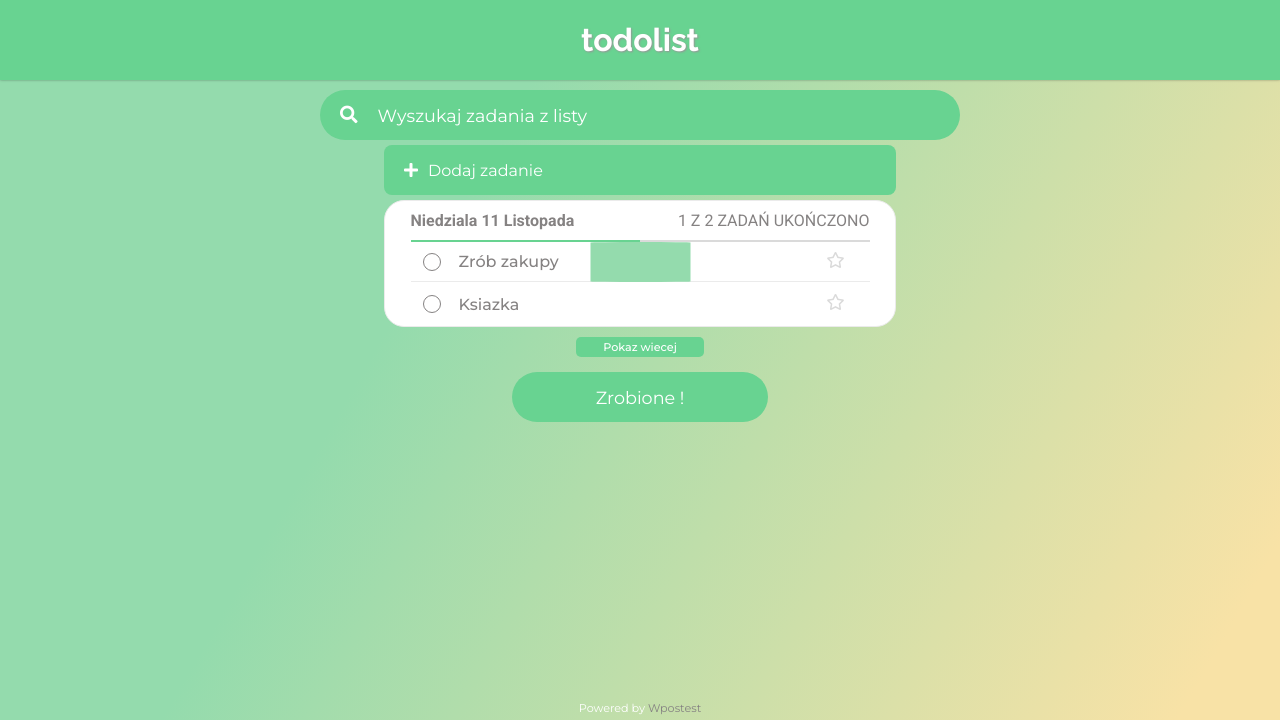
Repository: Wpostest/todolist
Page: src/index.html
An editor plug-in stored every save of this project. The page is shown before and after the next save, followed by the edit.
The browser window is 1280 px wide. The pictures show the whole page.
Some web libraries are served in a nearby version. The style sheet was rebuilt from its Sass, Less or Tailwind sources for each picture, by a compiler version that may differ from the author's.

Above is the page before, as saved 2020-01-29 15:58:06.

### src/index.html
<!DOCTYPE html>
<html lang="pl">
<head>
    <meta charset="UTF-8">
    <meta name="viewport" content="width=device-width, initial-scale=1.0">
    <meta http-equiv="X-UA-Compatible" content="ie=edge">
    <title>todolist</title>
    <link rel="stylesheet" href="css/app.css">
    <link href="https://fonts.googleapis.com/css?family=Lato:100,300,400,700|Montserrat:100,300,400,500,700|Open+Sans:300,400,700|Raleway:100,300,400,500,700|Roboto:100,300,400,500,700&display=swap" rel="stylesheet">
    <link rel="stylesheet" href="https://use.fontawesome.com/releases/v5.6.3/css/all.css" integrity="sha384-UHRtZLI+pbxtHCWp1t77Bi1L4ZtiqrqD80Kn4Z8NTSRyMA2Fd33n5dQ8lWUE00s/" crossorigin="anonymous">
</head>
<body>
    <header class="todolist__header">
        <h1 class="todolist__title">todolist</h1>
    </header>
    <section>
        <label class="todolist__search-wrapper" for="todolist__search">
            <i class="fas fa-search todolist__search-icon"></i>
            <input type="text" class="todolist__search" id="todolist__search" title="Szukaj" placeholder="Wyszukaj zadania z listy">
        </label>
        <label class="todolist__add-task-wrapper" for="todolist__add-task">
            <input type="text" class="todolist__add-task" id="todolist__add-task" title="Dodaj zadanie" placeholder="Dodaj zadanie">
            <i class="fas fa-plus todolist__add-task-icon"></i>
        </label>

        <ul class="todolist">
            <div class="todolist__information">
                <div class="todolist__current-time">Niedziala 11 Listopada</div>
                <div class="todolist__task-done-info">
                    <span class="todolist__count-done-task">1</span>
                    z
                    <span class="todolist__count-all-task">2</span>
                    zadań ukończono
                </div>
                <div class="todolist__line-done-percentage"></div>
            </div>
            <li class="todolist__task">
                <input type="checkbox" class="todolist__checkbox-done">
                <span>Zrób zakupy</span>
                <input type="checkbox" class="todolist__checkbox-star">
                <div class="checbox-done_background_animation"></div>
            </li>
            <li class="todolist__task">
                    <input type="checkbox" class="todolist__checkbox-done">
                    <span>Ksiazka</span>
                    <input type="checkbox" class="todolist__checkbox-star">
                </li>
            <!--<li>TEXT<input type="checkbox"><button>star-icon</button></li>-->
            <!--
                LISTA MA MIEC MAKSYMALNA WYSOKOSC PRZYCISK POKAZ WIECEJ MA USUWAC OGRANICZENIA WYSOKOSCI LUB WYSWIETLANYCH ELEMENTOW
                JEZELI UKONCZYSZ WSZYSTKIE ZADANIA MA POKAZAC SIE FAJNA ANIMACJA I ZNIKNAC PO KILKU SEKUNDACH
                CHECKBOX MA POKAZYWAC SIE Z LEWEJ STRONY
            -->
        </ul>
        <button class="todolist__show-more" title="Pokaż więcej zadań">Pokaz wiecej</button>
        <button class="todolist__done" title="Usuń skończone zadania z listy">Zrobione !</button>
    </section>
    <footer>
        <h6 class="todolist__copywrite">Powered by <a href="https://github.com/Wpostest/">Wpostest</a></h6>
    </footer>
    <script src="js/app.js"></script>
</body>
</html>

### src/sass/app.scss
@import 'reset';
@import 'variables';
@import 'components/checkboxes/checkbox_done.scss';
@import 'components/checkboxes/checkbox_star.scss';
@import 'todolist/todolist';

### src/sass/reset.scss
html, body, div, span, applet, object, iframe, h1, h2, h3, h4, h5, h6, p, blockquote, pre, a, abbr, acronym, address, big, cite, code, del, dfn, em, img, ins, kbd, q, s, samp, small, strike, strong, sub, sup, tt, var, b, u, i, center, dl, dt, dd, ol, ul, li, fieldset, form, label, legend, table, caption, tbody, tfoot, thead, tr, th, td, article, aside, canvas, details, embed, figure, figcaption, footer, header, hgroup, menu, nav, output, ruby, section, summary, time, mark, audio, video, input {
    margin: 0;
    padding: 0;
    border: 0;
    font-size: 100%;
    font: inherit;

    // Sposób wyliczania wysokości i szerokości elementu.
    // Szerokość elementu np 25% zawiera już paddingi oraz border.
    box-sizing: border-box;

    vertical-align: baseline; }

article, aside, details, figcaption, figure, footer, header, hgroup, menu, nav, section {
    display: block; }

a {
    text-decoration: none;
    outline: none;
}

button {
    outline: none;
}

ol, ul {
    list-style: none; }

blockquote, q {
    quotes: none; }

blockquote {
    &:before, &:after {
        content: '';
        content: none; } }

q {
    &:before, &:after {
        content: '';
        content: none; } }

table {
    border-collapse: collapse;
    border-spacing: 0; }

### src/sass/variables.scss
$background_primary: #68d391;
$background_secoundary: #94dbad;
$font-color_primary: #fff;
$font-color_secoundary: rgb(133, 130, 130);
$font-family_primary: 'Montserrat', sans-serif;
$font-family_secoundary: 'Roboto', sans-serif;
$font-size_xxl: 2rem;
$font-size_xl: 1.5rem;
$font-size_l: 1.1rem;
$font-size_m: 1rem;
$font-size_s: .9rem;
$font-size_xs: .7rem;
$font-size_xxs: .5rem;

### src/sass/components/checkboxes/checkbox_done.scss
.todolist__checkbox-done{
    position: relative;
    -webkit-appearance: none;
    display: inline-block;
    width: 18px;
    height: 18px;
    background-color: #fff;
    border-radius: 50%;
    border: 1px solid $font-color_secoundary;
    outline: none;
    margin-left: 12px;
    margin-right: 18px;
    cursor: pointer;

    &::after{
        position: absolute;
        width: 100%;
        height: 100%;
        top: 13px;
        left: 12px;
        transform: translate(-50%, -50%);
        color: $font-color_primary;
        font-family: "Font Awesome 5 Free";
        font-weight: 900;
        content: "\f00c";
        font-size: 10px;
        opacity: 0;
    }

    &:checked{
        border: none;
        background-color: $background_primary;

        &~ span{
            text-decoration: line-through;
        }

        & ~ .checbox-done_background_animation{
            opacity: 1;
            transform: scaleX(120%);
        }

        &::after{
            opacity: 1;
        }
    }
}

.checbox-done_background_animation{
    position: absolute;
    top: 0px;
    left: 50%;
    transform: translateX(-50%);
    height: inherit;
    width: 1px;
    transform: scaleX(100);
    background: $background_secoundary;
    border-radius: 20px;
    transition: transform .7s;
}

### src/sass/components/checkboxes/checkbox_star.scss
.todolist__checkbox-star{
    position: absolute;
    top: 50%;
    transform: translateY(-25%);
    right: 25px;
    width: 50px;
    height: 100%;
    -webkit-appearance: none;
    outline: none;
    text-align: right;

    &::after{
        font-family: "Font Awesome 5 Free";
        font-weight: 500;
        content: "\f005";
        position: absolute;
        top: 0;
        left: 0;
        width: 100%;
        height: 100%;
        font-size: 1rem;
        opacity: 1;
        visibility: visible;
        color: #dadada;
    }

    &::before{
        font-family: "Font Awesome 5 Free";
        font-weight: 900;
        content: "\f005";
        position: absolute;
        top: 0;
        left: 0;
        width: 100%;
        height: 100%;
        color: #fff;
        font-size: 1rem;
        opacity: 0;
        visibility: hidden;
        color: #ffe46b;
    }

    &:checked{
        &::after{
            opacity: 0;
            visibility: hidden;
        }

        &::before{
            opacity: 1;
            visibility: visible;
        }
    }
}

### src/sass/todolist/todolist.scss
body{
    background: rgb(148,219,173);
    background: linear-gradient(120deg, rgba(148,219,173,1) 34%, rgba(248,226,166,1) 94%);
    height: 100vh;
}

.todolist__header{
    width: 100%;
    height: 80px;
    background-color: $background_primary;
    box-shadow: 0px -1px 3px 0px rgba(0,0,0,0.75);
    margin-bottom: 10px;

    .todolist__title{
        color: $font-color_primary;
        font-size: 2rem;
        font-family: 'Raleway', sans-serif;
        font-weight: 600;
        text-align: center;
        text-shadow: 1px 1px 2px rgba(150, 150, 150, 1);
        line-height: 80px;
    }
}

section{
    display: flex;
    flex-direction: column;
    align-items: center;
}

.todolist__search-wrapper{
    background-color: $background_primary;
    width: 50%;
    height: 50px;
    border-radius: 50px;
    display: flex;
    flex-direction: row;
    justify-content: flex-start;
    align-items: center;
    margin-bottom: 5px;

    &:hover{
        //box-shadow: 0 1px 2px 0 rgba(32,33,36,0.28);
    }

    .todolist__search-icon{
        color: $font-color_primary;
        margin-left: 20px;
        font-size: $font-size_l;
    }

    .todolist__search{
        color: $font-color_primary;
        outline: none;
        margin-left: 20px;
        margin-right: 50px;
        width: 100%;
        height: 80%;
        background-color: $background_primary;
        font-size: $font-size_l;
        font-family: $font-family_primary;

        &::placeholder{
            color: $font-color_primary;
        }

        &:focus{
            &::placeholder{
                opacity: 0;
                visibility: hidden;
            }
        }
    }
}

.todolist__add-task-wrapper{
    background-color: $background_primary;
    width: 40%;
    height: 50px;
    border-radius: 8px;
    display: flex;
    flex-direction: row-reverse;
    justify-content: flex-start;
    align-items: center;
    margin-bottom: 5px;

    .todolist__add-task-icon{
        color: $font-color_primary;
        margin-left: 20px;
        font-size: $font-size_m;
    }

    .todolist__add-task{
        color: $font-color_primary;
        outline: none;
        margin-left: 10px;
        margin-right: 50px;
        width: 100%;
        height: 80%;
        background-color: $background_primary;
        font-size: $font-size_m;
        font-family: $font-family_primary;

        &:hover{
            //box-shadow: 0 1px 2px 0 rgba(32,33,36,0.28);
        }

        &::placeholder{
            color: $font-color_primary;
        }

        &:focus{
            &::placeholder{
                opacity: 0;
                visibility: hidden;
            }

            & ~ .todolist__add-task-icon{
                transition: transform .7s;
                transform: rotate(360deg);
            }
        }
    }
}

.todolist{
    width: 40%;
    background: #fff;
    border-radius: 20px;
    border: 1px solid #ebebeb;
    margin-bottom: 10px;

    .todolist__information{
        width: 90%;
        margin-left: auto;
        margin-right: auto;
        color: $font-color_secoundary;
        font-weight: 600;
        padding-top: 10px;
        font-family: $font-family_secoundary;
        display: flex;
        flex-direction: row;
        flex-wrap: wrap;

        .todolist__current-time{
            font-size: $font-size_m;
            width: 50%;
        }

        .todolist__task-done-info{
            font-weight: 400;
            width: 50%;
            text-align: right;
            text-transform: uppercase;
        }

        .todolist__line-done-percentage{
            width: 100%;
            height: 2px;
            background: linear-gradient(to right, $background_primary 0%, $background_primary 50%, #dadada 50%, #dadada 100%);
            margin-top: 10px;
        }
    }

    .todolist__task{
        margin-left: auto;
        margin-right: auto;
        width: 90%;
        color: $font-color_secoundary;
        height: 40px;
        background-color: #fff;
        font-size: $font-size_m;
        font-weight: 500;
        font-family: $font-family_primary;
        display: flex;
        flex-direction: row;
        justify-content: flex-start;
        align-items: center;
        margin-bottom: 2px;
        position: relative;
        border-bottom: 1px solid #ebebeb;

        &:last-child{
            border: none;
        }
    }
}

.todolist__show-more{
    background-color: $background_primary;
    border: none;
    border-radius: 5px;
    width: 10%;
    height: 20px;
    color: $font-color_primary;
    font-size: $font-size_xs;
    font-weight: 500;
    font-family: $font-family_primary;
    cursor: pointer;
    margin-bottom: 15px;
}

.todolist__done{
    background-color: $background_primary;
    border: none;
    border-radius: 25px;
    width: 20%;
    height: 50px;
    color: $font-color_primary;
    font-size: $font-size_l;
    font-family: $font-family_primary;
    cursor: pointer;
    transition: transform .5s;
}

.todolist__copywrite{
    font-size: $font-size_xs;
    color: $font-color_primary;
    position: absolute;
    left: 50%;
    bottom: 5px;
    transform: translateX(-50%);
    font-family: $font-family_primary;

    a{
        color: $font-color_secoundary;
    }
}

Loaded but not shown: src/js/app.js (no stored copy; drawn as an empty file)

After the next save:
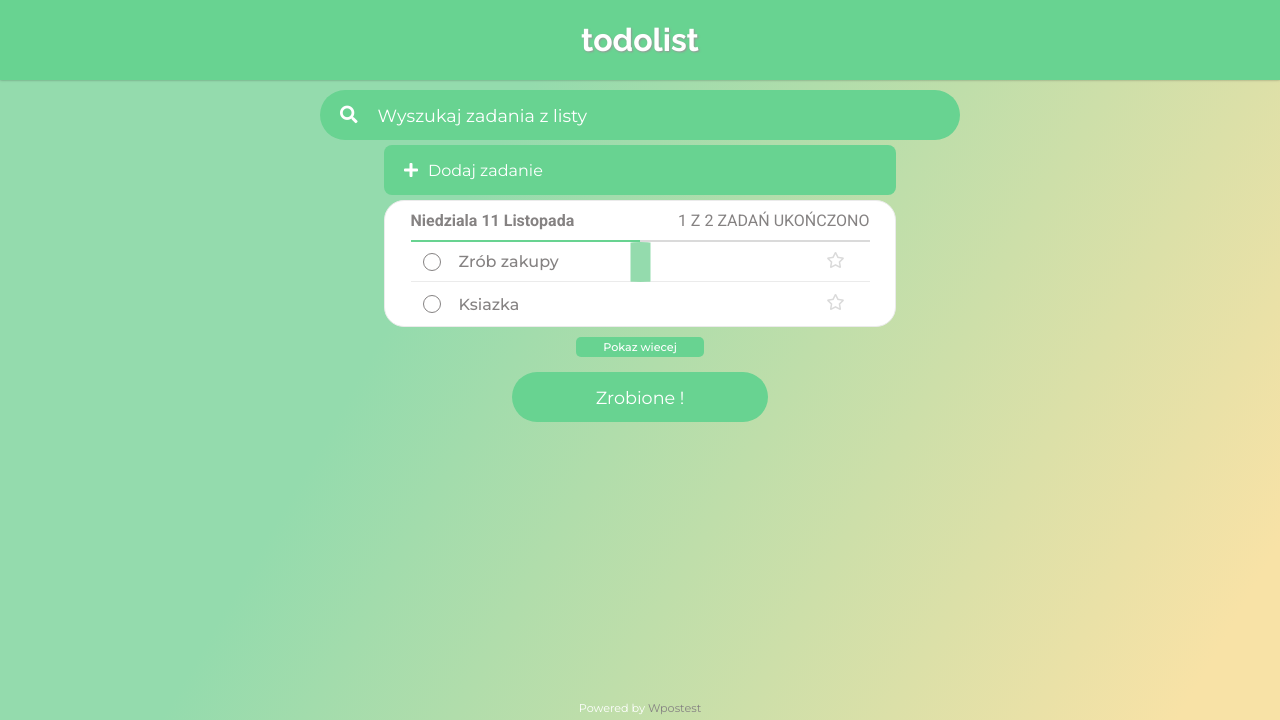
Saved 12 s later.
--- a/src/sass/components/checkboxes/checkbox_done.scss
+++ b/src/sass/components/checkboxes/checkbox_done.scss
@@ -53,7 +53,7 @@
     transform: translateX(-50%);
     height: inherit;
     width: 1px;
-    transform: scaleX(100);
+    transform: scaleX(20);
     background: $background_secoundary;
     border-radius: 20px;
     transition: transform .7s;
